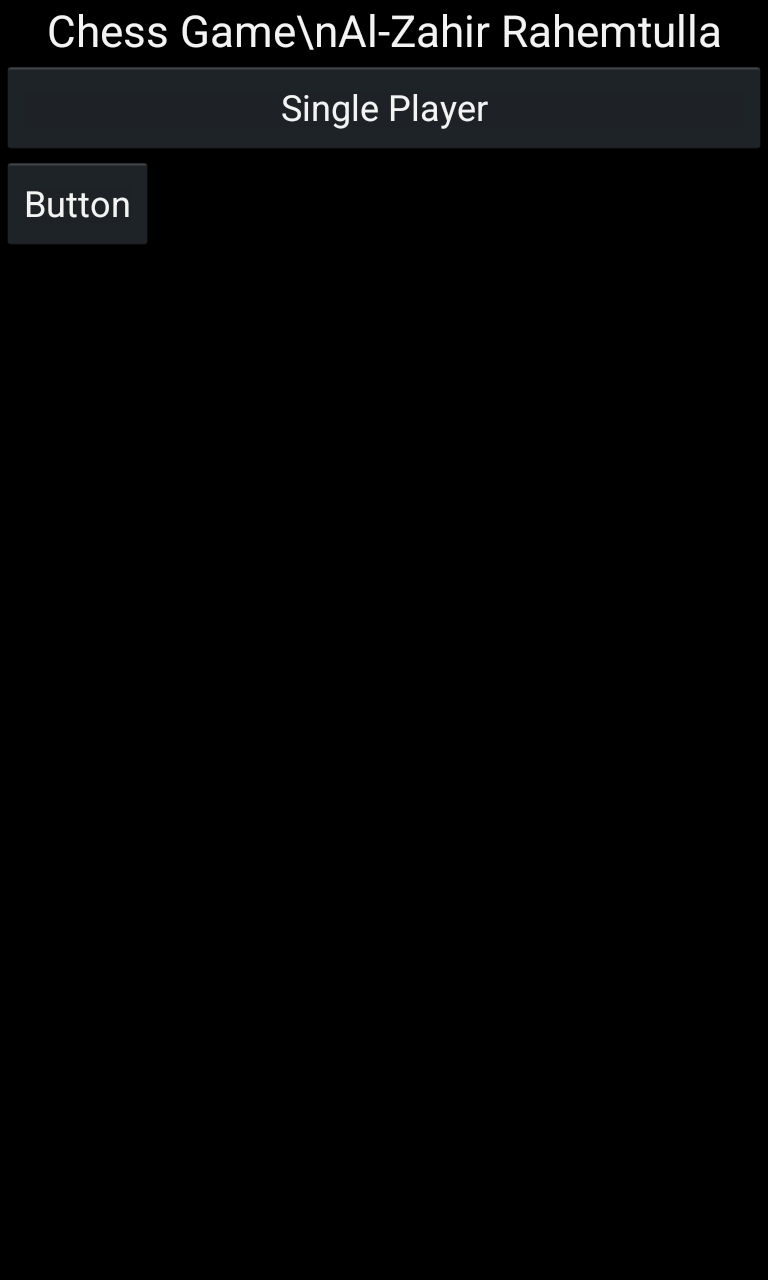
Repository: Al-Zahir/APCS
Layout: workspace/APCompFinal/res/layout/menu.xml
An editor plug-in stored every save of this project. The layout is shown before and after the next save, followed by the edit.
It is drawn on a 768 x 1280 px phone screen (xhdpi) without system bars, with theme android:Theme.Holo; the app's code is not run.

Above is the layout before, as saved 2015-06-01 13:05:19.

After the next save:
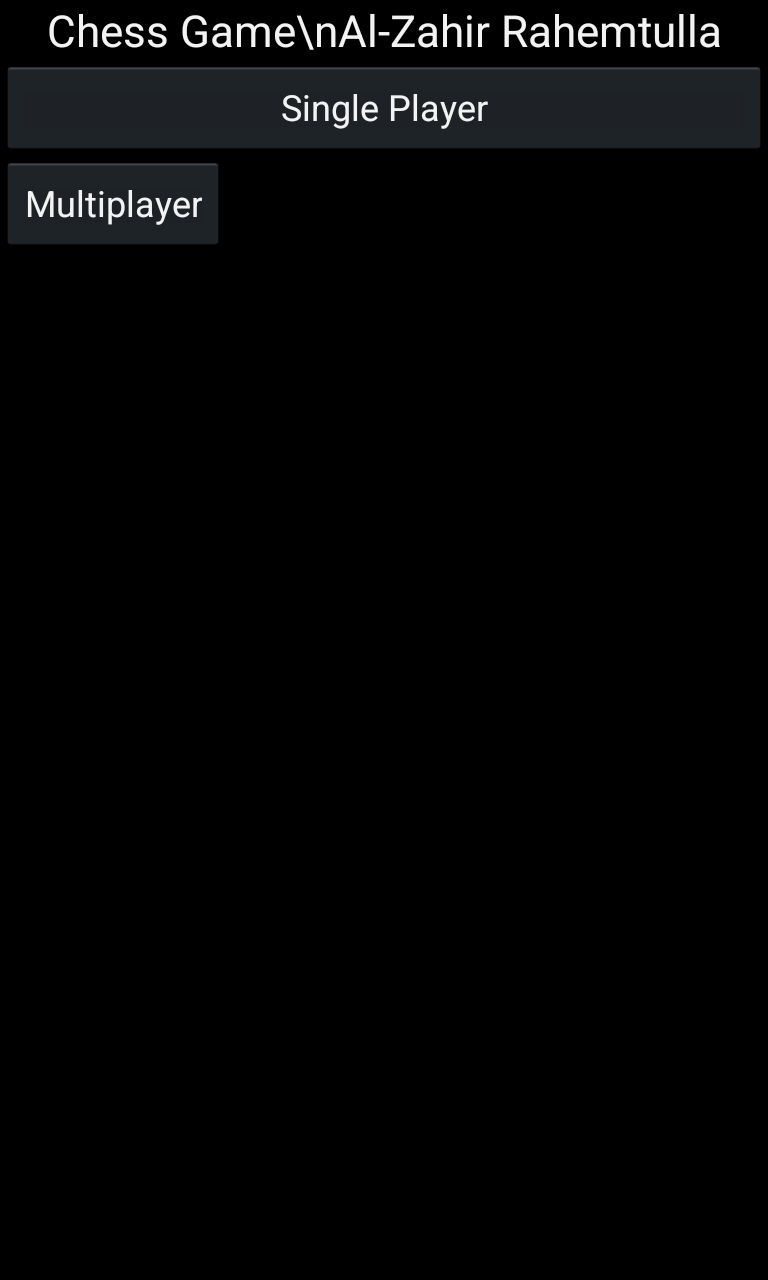
Saved 5 s later.
--- a/workspace/APCompFinal/res/layout/menu.xml
+++ b/workspace/APCompFinal/res/layout/menu.xml
@@ -22,6 +22,6 @@
         android:id="@+id/multiPlayer"
         android:layout_width="wrap_content"
         android:layout_height="wrap_content"
-        android:text="Button" />
+        android:text="Multiplayer" />
 
 </LinearLayout>
